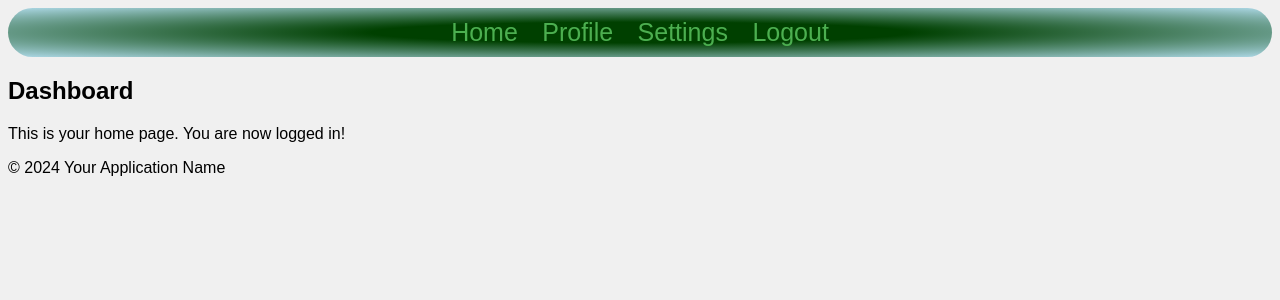
Repository: SriramulaNamithaReddy/Internship_projects
Page: http://localhost/home
The author's editor kept a copy of each file at every save. The page is drawn from the files as they stood at one save, then again after the next save.
The browser window is 1280 px wide. The pictures show the whole page.
The page is this project's Thymeleaf template; nobody is signed in. The template is opened directly, without the code that normally fills it, so the values that code supplies are empty.

Above is the page before, as saved 2024-10-12 07:10:33.

After the next save:
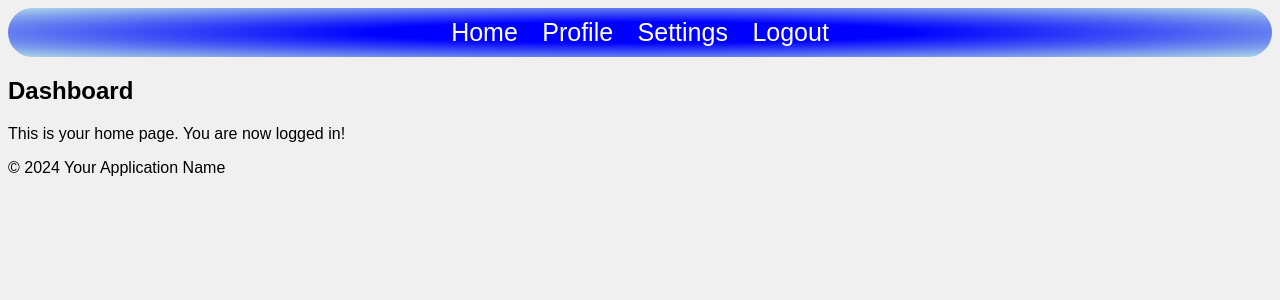
Saved 84 s later.
--- a/SecureUserAuthentication/src/main/resources/templates/home.html
+++ b/SecureUserAuthentication/src/main/resources/templates/home.html
@@ -8,11 +8,11 @@
         .container { width: 400px; margin: 100px auto; padding: 20px; background: white; border-radius: 8px; text-align: center; box-shadow: 0 0 10px rgba(0, 0, 0, 0.1); }
         button { padding: 10px 20px; background: #4CAF50; color: white; border: none; cursor: pointer; }
         button:hover { background: #45a049; }
-        a { text-decoration: none; color: #4CAF50; }
+        a { text-decoration: none; color: rgb(255, 255, 255); }
         a:hover { text-decoration: underline; }
         .navbar{
 			text-align: center;
-			background:radial-gradient(rgb(0, 64, 0) 30%,lightblue);
+			background:radial-gradient(rgb(0, 0, 255) 30%,lightblue);
 	        border-radius:60px;
 	        padding:10px;
 		}
